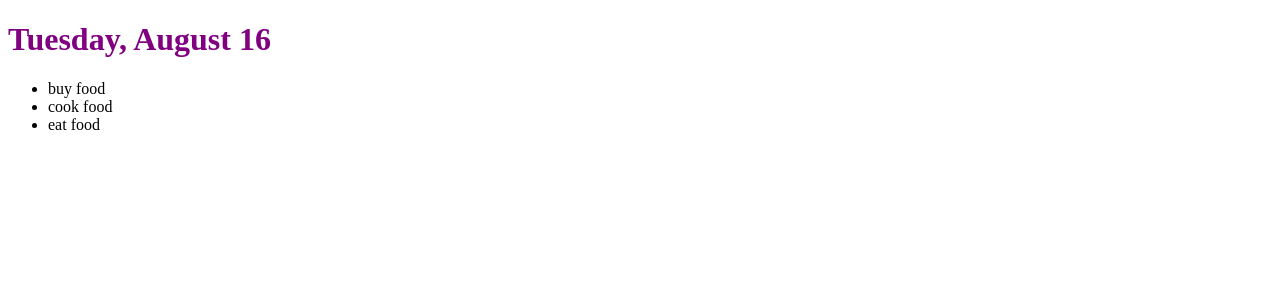
Repository: leyvamn2/todolist
Page: http://localhost/
These files come from the project's save history. The page is drawn as it stood at one moment and after the next save; the edit follows.
The browser window is 1280 px wide. The pictures show the whole page.
The page is served by the project's Node server (app.js).

Above is the page before, as saved 2022-08-18 19:16:07.

### views/list.ejs
<!DOCTYPE html>
<html lang="eng" dir="ltr">
    <head>
        <meta charset="utf-8">
        <title>To do List</title>
    </head>
    <body>

        <h1 style="color:purple"><%=kindOfDay %> </h1>
        <ul>
            <li>buy food</li>
            <li>cook food</li>
            <li>eat food </li>
        </ul>
       <form class="submit" action="/" method="post">


       </form>
    </body>
</html>

### app.js
//jshin esversion:7
const express=require("express");
const bodyParser= require("body-parser");



const app= express();

app.set("view engine","ejs");
app.get("/",function(req,res){

    var today=new Date();
    var options={
        weekday:"long",
        day:"numeric",
        month: "long"
    };
    var currentDay=today.getDay();

    var day=today.toLocaleDateString("en-US",options);
    if(currentDay===6 || currentDay===0){
        //res.render('index'); sirve para eviar un archivo html

    }
    else{
        //day="weekday";
        //res.sendFile(__dirname + "/weekday.html");
        //console.log(__dirname + "/index.html");
        //res.write("<p>I have to work!</p>"); enviar varios textos
        //res.send(); esto sirve para crear directamente html
    }

    //day=days[currentDay];
   res.render("list.ejs", { kindOfDay:day});
});

app.listen(3001,function(){
    console.log("Server on port 3000");

});

After the next save:
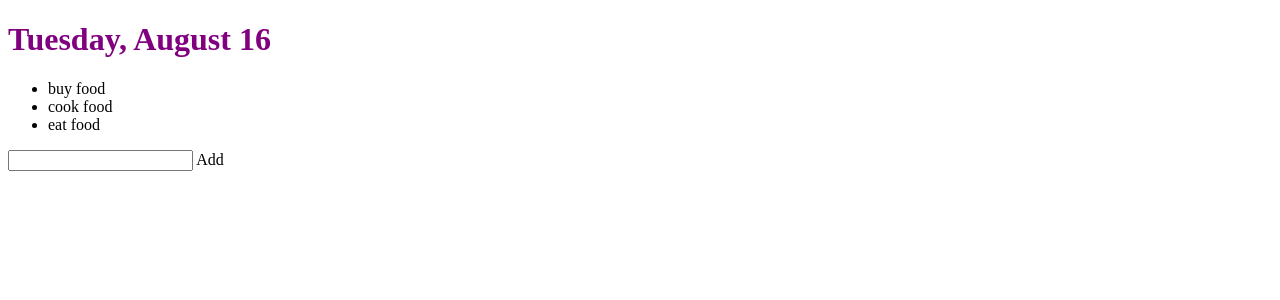
Saved 63 s later.
--- a/views/list.ejs
+++ b/views/list.ejs
@@ -13,7 +13,8 @@
             <li>eat food </li>
         </ul>
        <form class="submit" action="/" method="post">
-
+        <input type="text" name="newItem">
+        <buton type="submit" name="button">Add</buton>
 
        </form>
     </body>
